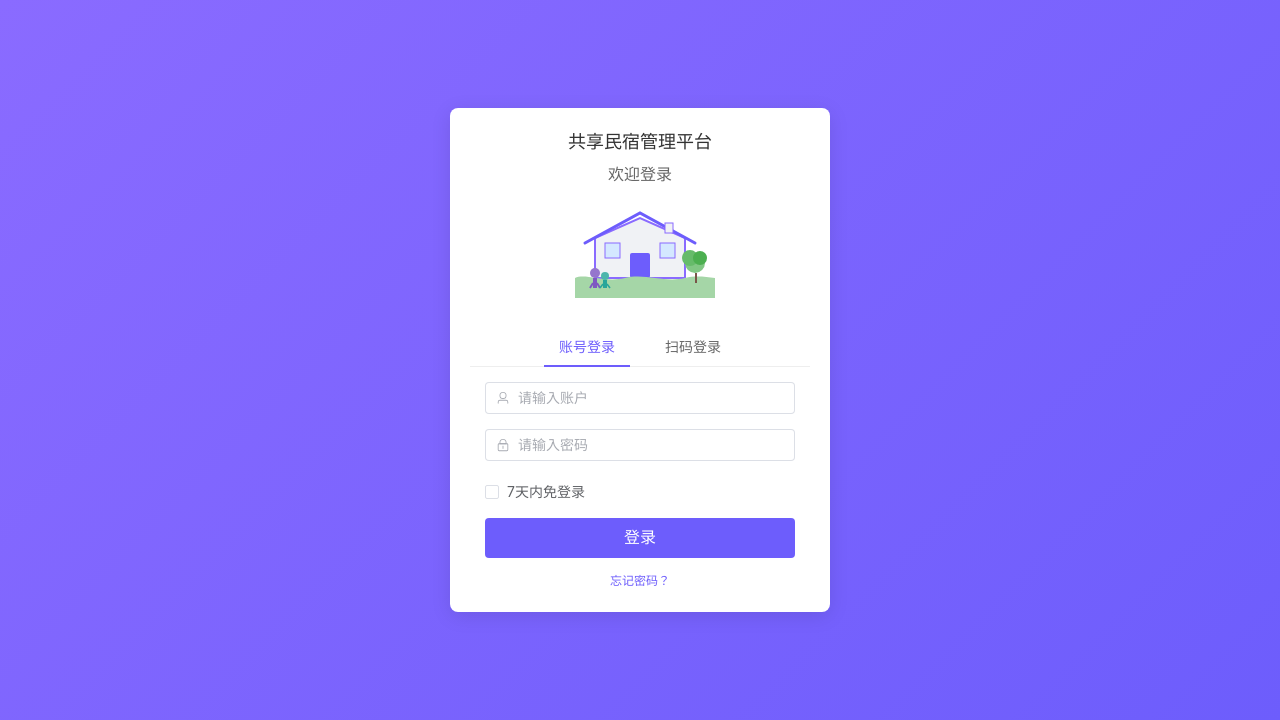
Repository: wuyuwuqi/admin_front
Page: /
The author's editor kept a copy of each file at every save. The page is drawn from the files as they stood at one save, then again after the next save.
The browser window is 1280 px wide. The pictures show the whole page.
The project was rebuilt for these pictures with package versions that can differ from the ones it lists, and the page was loaded fresh each time. Also part of the build but not shown: vite.config.js, src/components/HelloWorld.vue, src/components/WelcomeItem.vue, src/components/icons/IconDocumentation.vue, src/components/icons/IconTooling.vue, src/components/icons/IconEcosystem.vue, src/components/icons/IconCommunity.vue, src/components/icons/IconSupport.vue and 1 more.

Above is the page before, as saved 2025-03-25 19:34:44.

### index.html
<!DOCTYPE html>
<html lang="">
  <head>
    <meta charset="UTF-8">
    <link rel="icon" href="/favicon.ico">
    <meta name="viewport" content="width=device-width, initial-scale=1.0">
    <title>共享民宿管理系统</title>
  </head>
  <body>
    <div id="app"></div>
    <script type="module" src="/src/main.js"></script>
  </body>
</html>

### src/main.js
import './assets/main.css'

import 'element-plus/dist/index.css'
import * as ElementPlusIconsVue from '@element-plus/icons-vue'

import { createApp } from 'vue'
import App from './App.vue'
import router from './router'

const app = createApp(App)

// 注册图标
for (const [key, component] of Object.entries(ElementPlusIconsVue)) {
    app.component(key, component)
}

app.use(router)
app.mount('#app')

### src/components/layout/AdminLayout.vue
<template>
  <div class="admin-layout">
    <!-- 左侧导航栏 -->
    <div class="sidebar">
      <div class="logo-container">
        <h2 class="logo-text">共享民宿管理后台</h2>
      </div>
      <el-menu
        class="sidebar-menu"
        background-color="#304156"
        text-color="#fff"
        active-text-color="#409EFF"
        :default-active="activeMenu"
        router
      >
        <el-menu-item index="/">
          <el-icon><HomeFilled /></el-icon>
          <span>首页</span>
        </el-menu-item>
        <el-menu-item index="/order">
          <el-icon><Tickets /></el-icon>
          <span>订单管理</span>
        </el-menu-item>
        <el-menu-item index="/house">
          <el-icon><House /></el-icon>
          <span>民宿管理</span>
        </el-menu-item>
        <el-menu-item index="/finance">
          <el-icon><Money /></el-icon>
          <span>财务管理</span>
        </el-menu-item>
        <el-menu-item index="/user">
          <el-icon><User /></el-icon>
          <span>用户管理</span>
        </el-menu-item>
        <el-menu-item index="/setting">
          <el-icon><Setting /></el-icon>
          <span>系统设置</span>
        </el-menu-item>
      </el-menu>
    </div>

    <!-- 右侧内容区 -->
    <div class="main-content">
      <!-- 顶部导航栏 -->
      <div class="header">
        <div class="toggle-sidebar">
          <el-icon><Fold /></el-icon>
        </div>
        <div class="header-right">
          <el-dropdown>
            <span class="user-info">
              <el-avatar :size="32" :icon="UserFilled" />
              <span>{{ username }}</span>
            </span>
            <template #dropdown>
              <el-dropdown-menu>
                <el-dropdown-item>个人信息</el-dropdown-item>
                <el-dropdown-item>修改密码</el-dropdown-item>
                <el-dropdown-item divided @click="handleLogout">退出登录</el-dropdown-item>
              </el-dropdown-menu>
            </template>
          </el-dropdown>
        </div>
      </div>

      <!-- 内容区域 -->
      <div class="content">
        <slot></slot>
      </div>
    </div>
  </div>
</template>

<script setup>
import { ref } from 'vue'
import { useRouter } from 'vue-router'
import { HomeFilled, Tickets, House, Money, User, Setting, Fold, UserFilled } from '@element-plus/icons-vue'

const router = useRouter()
const activeMenu = ref('/')
const username = ref('admin')

const handleLogout = () => {
  // 清除登录状态
  localStorage.removeItem('isAuthenticated')
  // 跳转到登录页
  router.push('/login')
}
</script>

<style scoped>
.admin-layout {
  display: flex;
  height: 100vh;
  width: 100%;
  overflow: hidden;
}

.sidebar {
  width: 220px;
  height: 100%;
  background-color: #304156;
  transition: width 0.3s;
  overflow-y: auto;
}

.logo-container {
  height: 60px;
  display: flex;
  align-items: center;
  justify-content: center;
  color: #fff;
  border-bottom: 1px solid #1f2d3d;
}

.logo-text {
  margin: 0;
  font-size: 16px;
  font-weight: bold;
}

.sidebar-menu {
  border-right: none;
}

.main-content {
  flex: 1;
  display: flex;
  flex-direction: column;
  overflow: hidden;
}

.header {
  height: 60px;
  background-color: #fff;
  box-shadow: 0 1px 4px rgba(0, 21, 41, 0.08);
  display: flex;
  align-items: center;
  justify-content: space-between;
  padding: 0 20px;
}

.toggle-sidebar {
  font-size: 20px;
  cursor: pointer;
}

.header-right {
  display: flex;
  align-items: center;
}

.user-info {
  display: flex;
  align-items: center;
  cursor: pointer;
}

.user-info span {
  margin-left: 8px;
}

.content {
  flex: 1;
  padding: 20px;
  overflow-y: auto;
  background-color: #f0f2f5;
}
</style>

### src/assets/main.css
@import './base.css';

#app {
  width: 100%;
  height: 100%;
  margin: 0;
  padding: 0;
  font-weight: normal;
}

a,
.green {
  text-decoration: none;
  color: hsla(160, 100%, 37%, 1);
  transition: 0.4s;
  padding: 3px;
}

@media (hover: hover) {
  a:hover {
    background-color: hsla(160, 100%, 37%, 0.2);
  }
}

@media (min-width: 1024px) {
  body {
    display: block;
  }

  #app {
    display: block;
    width: 100%;
    height: 100vh;
    padding: 0;
  }
}

### src/App.vue
<script setup>
import { computed } from 'vue'
import { useRoute } from 'vue-router'
import AdminLayout from './components/layout/AdminLayout.vue'

const route = useRoute()
const isLoginPage = computed(() => route.name === 'Login')
</script>

<template>
  <!-- 登录页不使用AdminLayout布局 -->
  <template v-if="isLoginPage">
    <router-view />
  </template>
  <AdminLayout v-else>
    <router-view />
  </AdminLayout>
</template>

<style scoped>
header {
  line-height: 1.5;
}

.logo {
  display: block;
  margin: 0 auto 2rem;
}

@media (min-width: 1024px) {
  header {
    display: flex;
    place-items: center;
    padding-right: calc(var(--section-gap) / 2);
  }

  .logo {
    margin: 0 2rem 0 0;
  }

  header .wrapper {
    display: flex;
    place-items: flex-start;
    flex-wrap: wrap;
  }
}
</style>

### src/router/index.js
import { createRouter, createWebHistory } from 'vue-router'

const routes = [
  {
    path: '/login',
    name: 'Login',
    component: () => import('../views/Login.vue'),
    meta: { requiresAuth: false }
  },
  {
    path: '/',
    name: 'Dashboard',
    component: () => import('../views/Dashboard.vue'),
    meta: { requiresAuth: true }
  },
  {
    path: '/order',
    name: 'Order',
    component: () => import('../views/Order.vue'),
    meta: { requiresAuth: true }
  },
  {
    path: '/house',
    name: 'House',
    component: () => import('../views/House.vue'),
    meta: { requiresAuth: true }
  },
  {
    path: '/finance',
    name: 'Finance',
    component: () => import('../views/Finance.vue'),
    meta: { requiresAuth: true }
  },
  {
    path: '/user',
    name: 'User',
    component: () => import('../views/User.vue'),
    meta: { requiresAuth: true }
  },
  {
    path: '/setting',
    name: 'Setting',
    component: () => import('../views/Setting.vue'),
    meta: { requiresAuth: true }
  }
]

const router = createRouter({
  history: createWebHistory(),
  routes
})

// 路由守卫
router.beforeEach((to, from, next) => {
  // 模拟检查是否已登录
  const isAuthenticated = localStorage.getItem('isAuthenticated')

  // 如果路由需要认证且用户未登录，则重定向到登录页
  if (to.meta.requiresAuth && !isAuthenticated) {
    next({ name: 'Login' })
  } else {
    next()
  }
})

export default router

### src/assets/base.css
/* color palette from <https://github.com/vuejs/theme> */
:root {
  --vt-c-white: #ffffff;
  --vt-c-white-soft: #f8f8f8;
  --vt-c-white-mute: #f2f2f2;

  --vt-c-black: #181818;
  --vt-c-black-soft: #222222;
  --vt-c-black-mute: #282828;

  --vt-c-indigo: #2c3e50;

  --vt-c-divider-light-1: rgba(60, 60, 60, 0.29);
  --vt-c-divider-light-2: rgba(60, 60, 60, 0.12);
  --vt-c-divider-dark-1: rgba(84, 84, 84, 0.65);
  --vt-c-divider-dark-2: rgba(84, 84, 84, 0.48);

  --vt-c-text-light-1: var(--vt-c-indigo);
  --vt-c-text-light-2: rgba(60, 60, 60, 0.66);
  --vt-c-text-dark-1: var(--vt-c-white);
  --vt-c-text-dark-2: rgba(235, 235, 235, 0.64);
}

/* semantic color variables for this project */
:root {
  --color-background: var(--vt-c-white);
  --color-background-soft: var(--vt-c-white-soft);
  --color-background-mute: var(--vt-c-white-mute);

  --color-border: var(--vt-c-divider-light-2);
  --color-border-hover: var(--vt-c-divider-light-1);

  --color-heading: var(--vt-c-text-light-1);
  --color-text: var(--vt-c-text-light-1);

  --section-gap: 160px;
}

@media (prefers-color-scheme: dark) {
  :root {
    --color-background: var(--vt-c-black);
    --color-background-soft: var(--vt-c-black-soft);
    --color-background-mute: var(--vt-c-black-mute);

    --color-border: var(--vt-c-divider-dark-2);
    --color-border-hover: var(--vt-c-divider-dark-1);

    --color-heading: var(--vt-c-text-dark-1);
    --color-text: var(--vt-c-text-dark-2);
  }
}

*,
*::before,
*::after {
  box-sizing: border-box;
  margin: 0;
  font-weight: normal;
}

html {
  height: 100%;
  width: 100%;
  overflow: hidden;
}

body {
  min-height: 100vh;
  width: 100%;
  height: 100%;
  margin: 0;
  padding: 0;
  color: var(--color-text);
  background: var(--color-background);
  transition:
    color 0.5s,
    background-color 0.5s;
  line-height: 1.6;
  font-family:
    Inter,
    -apple-system,
    BlinkMacSystemFont,
    'Segoe UI',
    Roboto,
    Oxygen,
    Ubuntu,
    Cantarell,
    'Fira Sans',
    'Droid Sans',
    'Helvetica Neue',
    sans-serif;
  font-size: 15px;
  text-rendering: optimizeLegibility;
  -webkit-font-smoothing: antialiased;
  -moz-osx-font-smoothing: grayscale;
  overflow: hidden;
}

### src/views/Login.vue
<template>
  <div class="login-container">
    <div class="login-card">
      <!-- 左侧区域：平台名称和图片 -->
      <div class="left-section">
        <div class="login-header">
          <h2>共享民宿管理平台</h2>
        </div>

        <div class="welcome-section">
          <p>欢迎登录</p>
        </div>

        <div class="house-image">
          <img src="/src/assets/house-illustration-new.svg" alt="民宿插图" />
        </div>
      </div>

      <!-- 右侧区域：登录表单 -->
      <div class="right-section">
        <div class="login-tabs">
          <div class="tab" :class="{ 'active': activeTab === 'account' }" @click="activeTab = 'account'">
            账号登录
          </div>
          <div class="tab" :class="{ 'active': activeTab === 'qrcode' }" @click="activeTab = 'qrcode'">
            扫码登录
          </div>
        </div>

        <div class="login-form" v-if="activeTab === 'account'">
          <div class="form-item">
            <el-input
              v-model="loginForm.username"
              placeholder="请输入账户"
              prefix-icon="User"
            />
          </div>

          <div class="form-item">
            <el-input
              v-model="loginForm.password"
              type="password"
              placeholder="请输入密码"
              prefix-icon="Lock"
              show-password
            />
          </div>

          <div class="form-item remember">
            <el-checkbox v-model="loginForm.remember">7天内免登录</el-checkbox>
          </div>

          <el-button type="primary" class="login-button" @click="handleLogin">登录</el-button>

          <div class="login-footer">
            <a href="#">忘记密码？</a>
          </div>
        </div>

        <div class="qrcode-container" v-if="activeTab === 'qrcode'">
          <div class="qrcode-placeholder">
            <el-icon><Picture /></el-icon>
            <p>请扫码登录</p>
          </div>
        </div>
      </div>
    </div>
  </div>
</template>

<script setup>
import { ref } from 'vue'
import { useRouter } from 'vue-router'
import { Picture } from '@element-plus/icons-vue'

const router = useRouter()
const activeTab = ref('account')

const loginForm = ref({
  username: '',
  password: '',
  remember: false
})

const handleLogin = () => {
  // 这里添加登录逻辑
  // 模拟登录成功
  if (loginForm.value.username && loginForm.value.password) {
    // 实际项目中应该调用API进行身份验证
    localStorage.setItem('isAuthenticated', 'true')

    // 如果选择了记住登录，设置7天的过期时间
    if (loginForm.value.remember) {
      const expiryDate = new Date()
      expiryDate.setDate(expiryDate.getDate() + 7)
      localStorage.setItem('authExpiry', expiryDate.toString())
    }

    router.push('/')
  }
}
</script>

<style scoped>
.login-container {
  display: flex;
  justify-content: center;
  align-items: center;
  height: 100vh;
  width: 100vw;
  background: linear-gradient(135deg, #8a6bff 0%, #6d5dfc 100%);
  overflow: hidden;
}

.login-card {
  width: 380px;
  background-color: #fff;
  border-radius: 8px;
  box-shadow: 0 4px 20px rgba(0, 0, 0, 0.1);
  padding: 20px;
  text-align: center;
  position: relative;
}

.login-header {
  margin-bottom: 5px;
}

.login-header h2 {
  font-size: 18px;
  color: #333;
  margin-bottom: 0;
  font-weight: 500;
}

.welcome-section {
  margin-bottom: 10px;
}

.welcome-section p {
  font-size: 16px;
  color: #666;
  margin: 0;
}

.house-image {
  margin: 10px auto;
  width: 150px;
  height: 120px;
}

.login-tabs {
  display: flex;
  justify-content: center;
  margin-bottom: 15px;
  border-bottom: 1px solid #eee;
}

.tab {
  padding: 8px 15px;
  margin: 0 10px;
  cursor: pointer;
  position: relative;
  color: #666;
  font-size: 14px;
}

.tab.active {
  color: #6d5dfc;
  font-weight: 500;
}

.tab.active::after {
  content: '';
  position: absolute;
  bottom: -1px;
  left: 0;
  width: 100%;
  height: 2px;
  background-color: #6d5dfc;
}

.login-form {
  text-align: left;
  padding: 0 15px;
}

.form-item {
  margin-bottom: 15px;
}

.remember {
  display: flex;
  align-items: center;
  margin-bottom: 10px;
}

.login-button {
  width: 100%;
  height: 40px;
  font-size: 16px;
  background-color: #6d5dfc;
  border: none;
  border-radius: 4px;
}

.login-button:hover {
  background-color: #5a4ae3;
}

.login-footer {
  margin-top: 10px;
  text-align: center;
}

.login-footer a {
  color: #6d5dfc;
  text-decoration: none;
  font-size: 12px;
}

.qrcode-container {
  padding: 20px 15px;
  display: flex;
  justify-content: center;
  align-items: center;
}

.qrcode-placeholder {
  width: 180px;
  height: 180px;
  border: 1px dashed #ddd;
  display: flex;
  flex-direction: column;
  justify-content: center;
  align-items: center;
  color: #999;
}

.qrcode-placeholder .el-icon {
  font-size: 40px;
  margin-bottom: 10px;
}

/* 响应式调整 */
@media (max-width: 480px) {
  .login-card {
    width: 90%;
    max-width: 380px;
  }
}
</style>

After the next save:
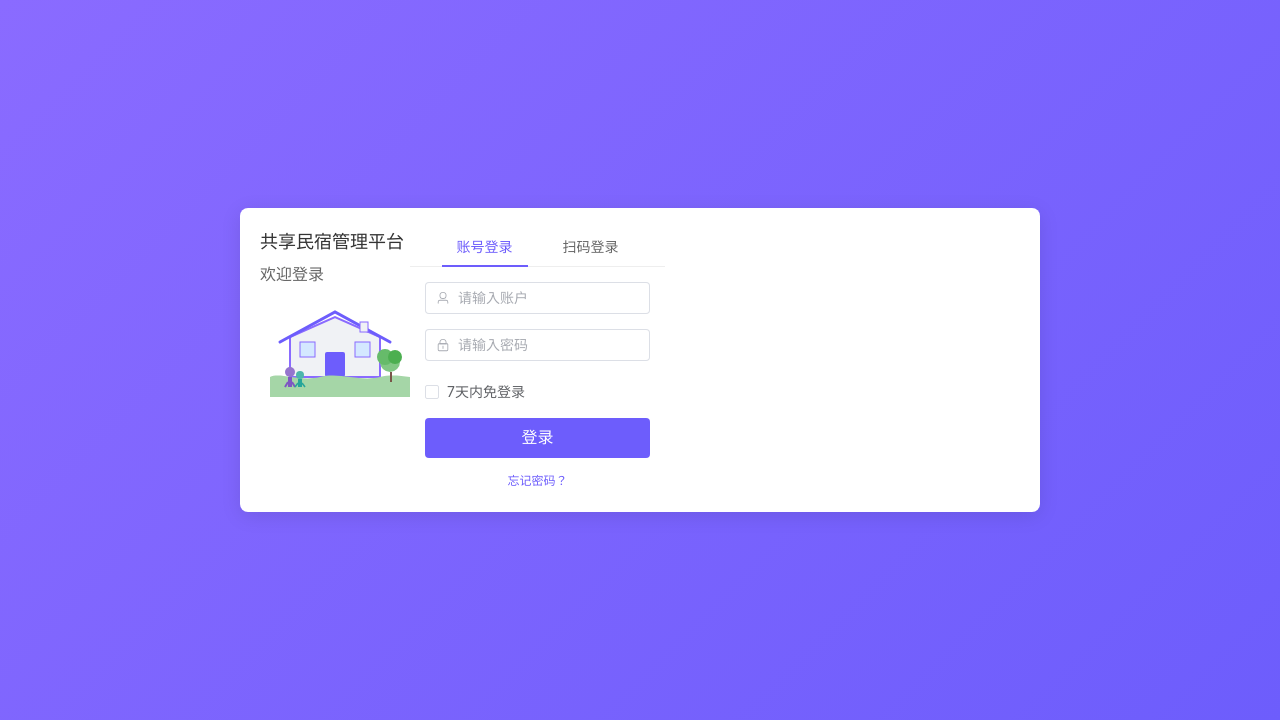
Saved 13 s later.
--- a/src/views/Login.vue
+++ b/src/views/Login.vue
@@ -113,12 +113,12 @@ const handleLogin = () => {
 }
 
 .login-card {
-  width: 380px;
+  width: 800px;
   background-color: #fff;
   border-radius: 8px;
   box-shadow: 0 4px 20px rgba(0, 0, 0, 0.1);
   padding: 20px;
-  text-align: center;
+  display: flex;
   position: relative;
 }
 
